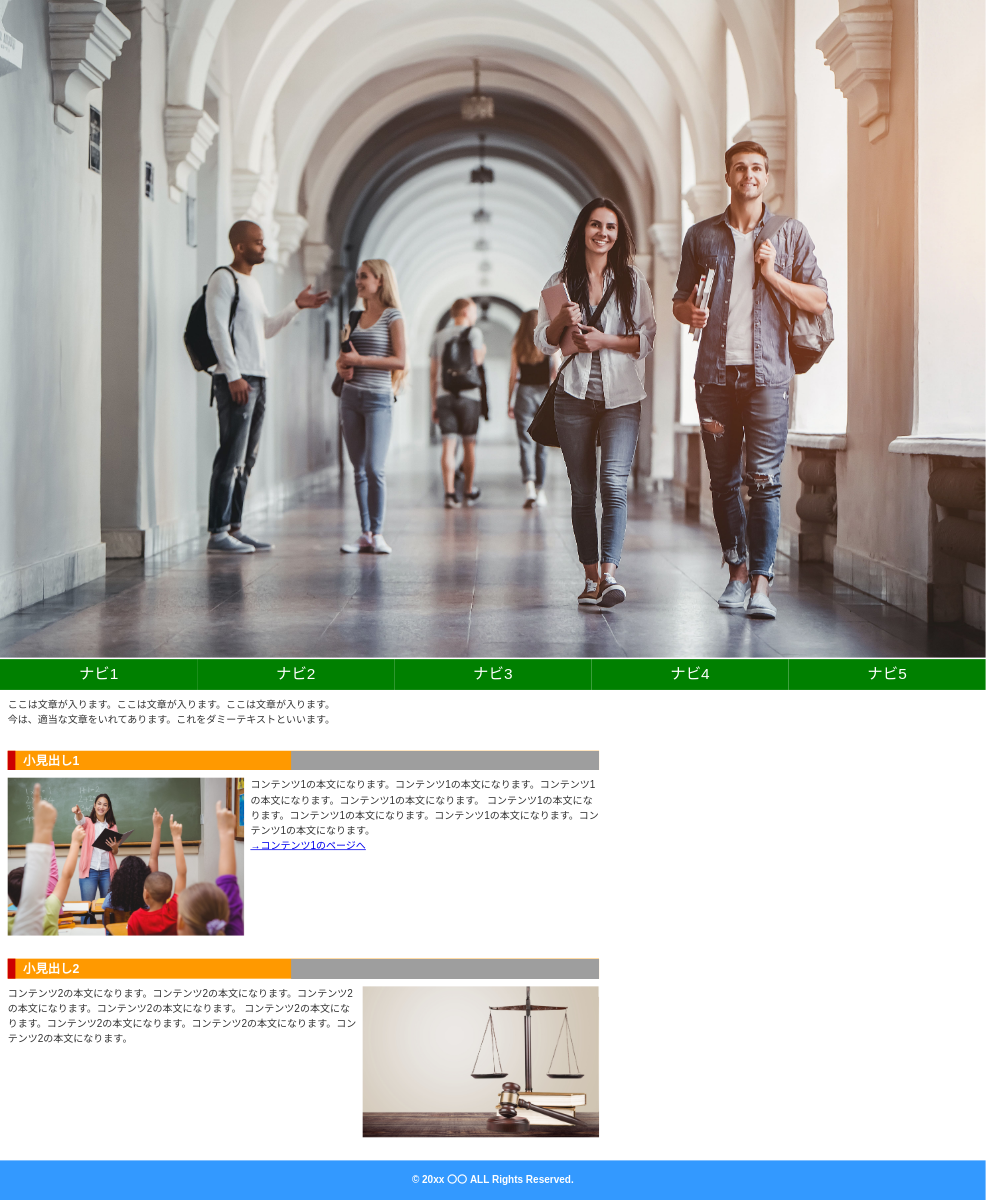
Repository: chiccha-ino/samurai_HTML-CSS
Page: home.html
The author's editor kept a record of every edit. The page is drawn from the files as they stood at one moment, then again after the next edit.
The browser window is 1280 px wide. The pictures show the whole page, at 77% of full size.
Pictures or frames that could not be fetched are drawn as grey boxes.

Above is the page before.

After the next edit:
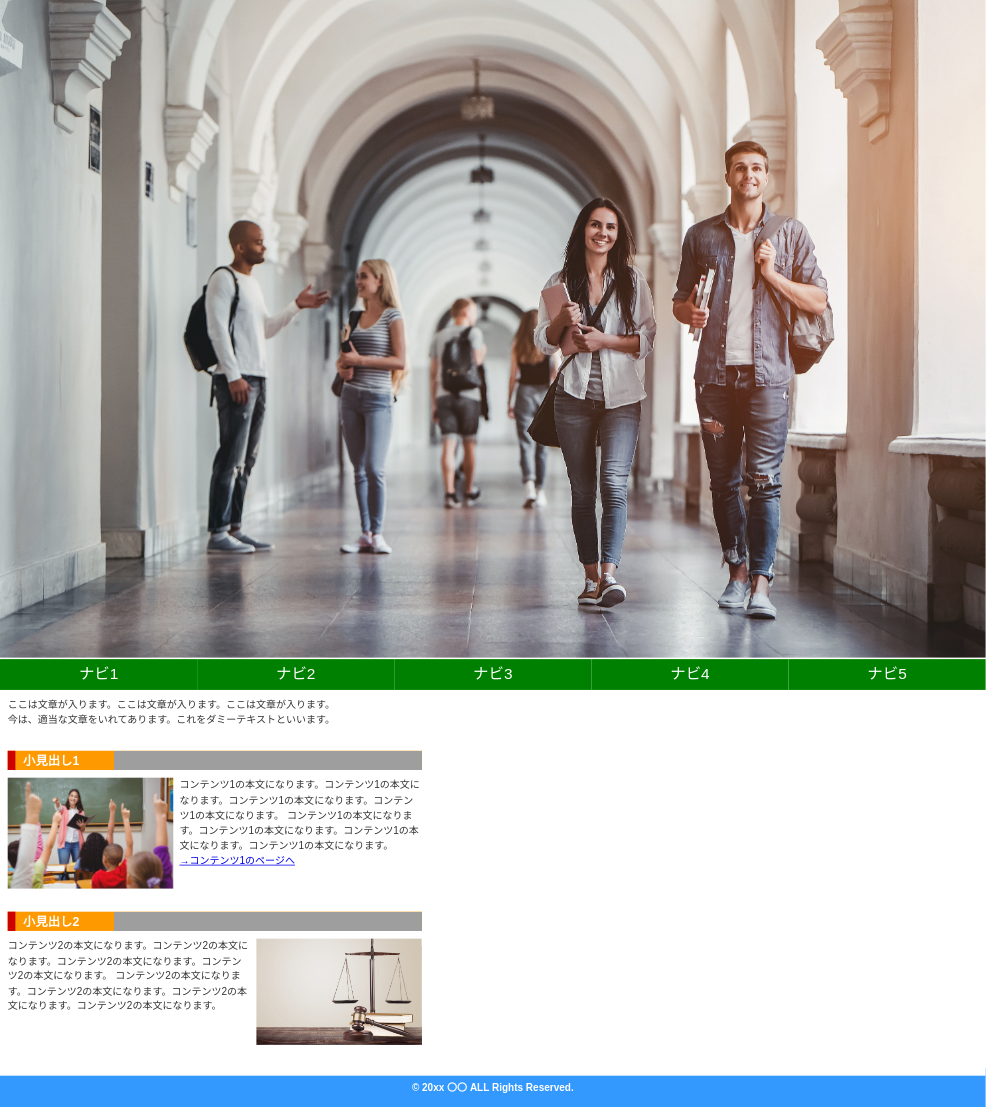
The edit:
--- a/stylesheet.css
+++ b/stylesheet.css
@@ -82,6 +82,8 @@
     padding: auto;
     padding-top: auto;
     clear: both;
+    display: grid;
+    grid-template-columns: 70vw 20vw;
 }
 /* ------------------------------------ main ------------------------------------*/
 #main {
